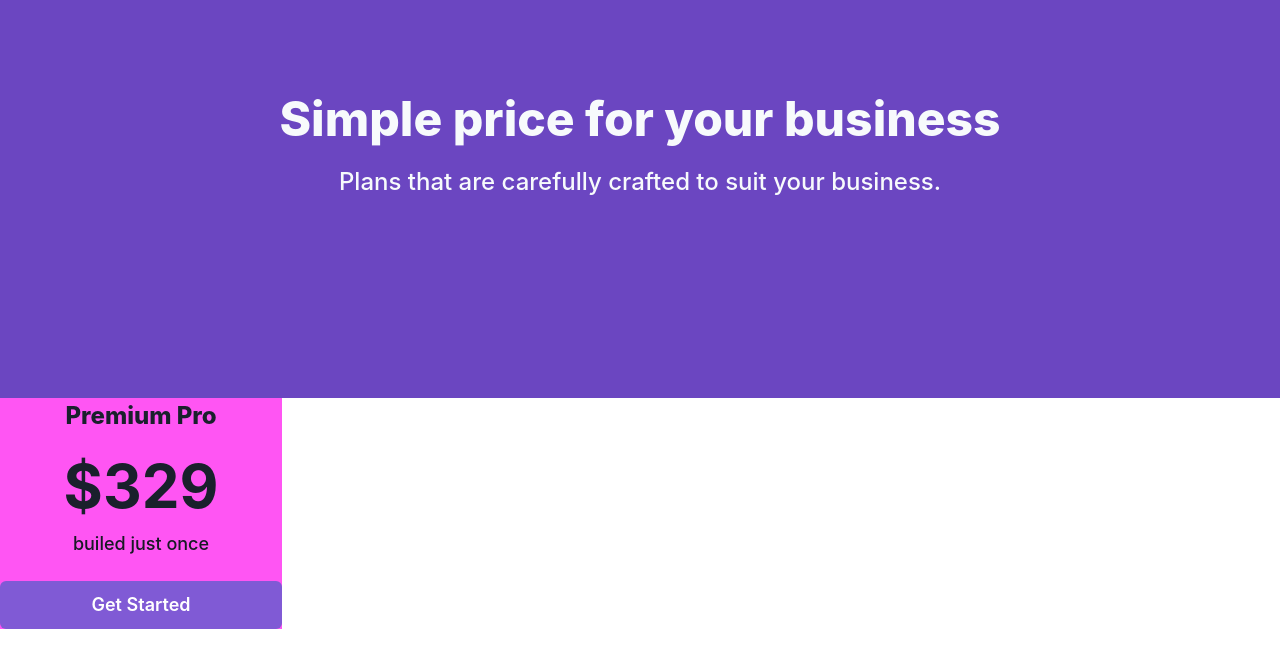
Repository: noutijo/learn-in-depth-chakra-ui
Page: /
These files come from the project's save history. The page is drawn as it stood at one moment and after the next save; the edit follows.
The browser window is 1280 px wide. The pictures show the whole page.
The project was rebuilt for these pictures with package versions that can differ from the ones it lists, and the page was loaded fresh each time. Also part of the build but not shown: vite.config.ts.

Above is the page before, as saved 2023-01-30 15:41:29.

### src/main.tsx
import React from 'react'
import ReactDOM from 'react-dom/client'
import App from './App'
import { ChakraProvider } from "@chakra-ui/react"

ReactDOM.createRoot(document.getElementById('root') as HTMLElement).render(
  <ChakraProvider>
  <React.StrictMode>
    <App />
  </React.StrictMode>
  </ChakraProvider>,
)

### src/App.tsx
//import './App.css'
import "./App.css";
import { Box, Flex, Stack, VStack, HStack } from "@chakra-ui/react";
import { Header  } from "./components/Header";
import { Pricing } from "./components/Pricing";

export default function App() {
  return (
    <div className="App">
      <Box>
        <Header />
        <Pricing />
      </Box>
    </div>
  );
}

### src/App.css
#root {
  max-width: 1280px;
  margin: 0 auto;
  text-align: center;
}

.logo {
  height: 6em;
  padding: 1.5em;
  will-change: filter;
}
.logo:hover {
  filter: drop-shadow(0 0 2em #646cffaa);
}
.logo.react:hover {
  filter: drop-shadow(0 0 2em #61dafbaa);
}

@keyframes logo-spin {
  from {
    transform: rotate(0deg);
  }
  to {
    transform: rotate(360deg);
  }
}

@media (prefers-reduced-motion: no-preference) {
  a:nth-of-type(2) .logo {
    animation: logo-spin infinite 20s linear;
  }
}

.card {
  padding: 2em;
}

.read-the-docs {
  color: #888;
}

### src/components/Header.tsx
//import './App.css'
import { Box, Heading, Text, Flex } from "@chakra-ui/react";

export function Header() {
  return (
    <Box as="section" color="#F7FAFC" bg="#6b46c1" pt="90px" pb="198px" px="32px">
      <Heading fontWeight={800} fontSize={"48px"}>
        Simple price for your business
      </Heading>
      <Text fontWeight={500} fontSize={"24px"} mt="16px">
        Plans that are carefully crafted to suit your business.
      </Text>
    </Box>
  );
}

### src/components/Pricing.tsx
//import './App.css'
import { Box, Heading, Text, Flex, Button } from "@chakra-ui/react";

export function Pricing() {
  return (
    <Box>
      <Flex>
        <Box bg="#f0ea">
            <Text fontSize="24px" fontWeight="800">Premium Pro</Text>
            <Heading as="h3" fontSize="60px" mt="16px">$329</Heading>
            <Text fontSize="18px" fontWeight="500" color="#171923" mt="8px">builed just once</Text>
            <Button colorScheme="purple" size={"lg"} w="282px" mt="24px">Get Started</Button>
        </Box>
        <Box></Box>
      </Flex>
    </Box>
  );
}

Loaded but not shown: index.html (common file)

After the next save:
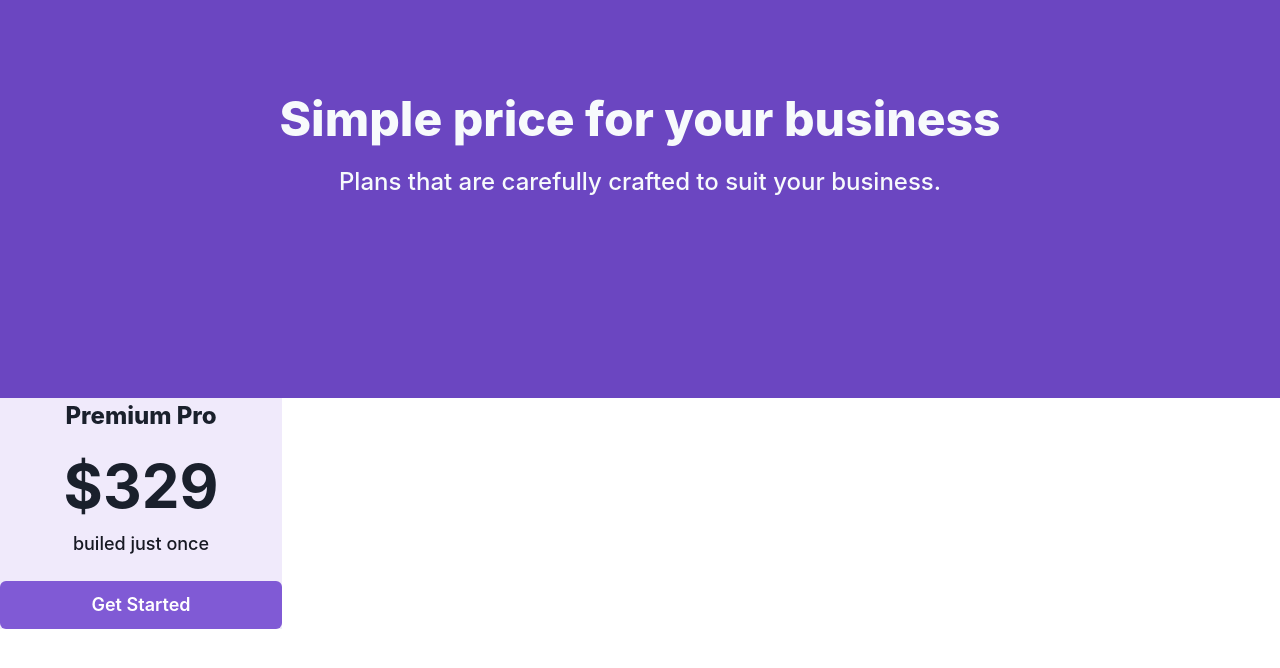
Saved 5 s later.
--- a/src/components/Pricing.tsx
+++ b/src/components/Pricing.tsx
@@ -5,7 +5,7 @@ export function Pricing() {
   return (
     <Box>
       <Flex>
-        <Box bg="#f0ea">
+        <Box bg="#f0eafb">
             <Text fontSize="24px" fontWeight="800">Premium Pro</Text>
             <Heading as="h3" fontSize="60px" mt="16px">$329</Heading>
             <Text fontSize="18px" fontWeight="500" color="#171923" mt="8px">builed just once</Text>
